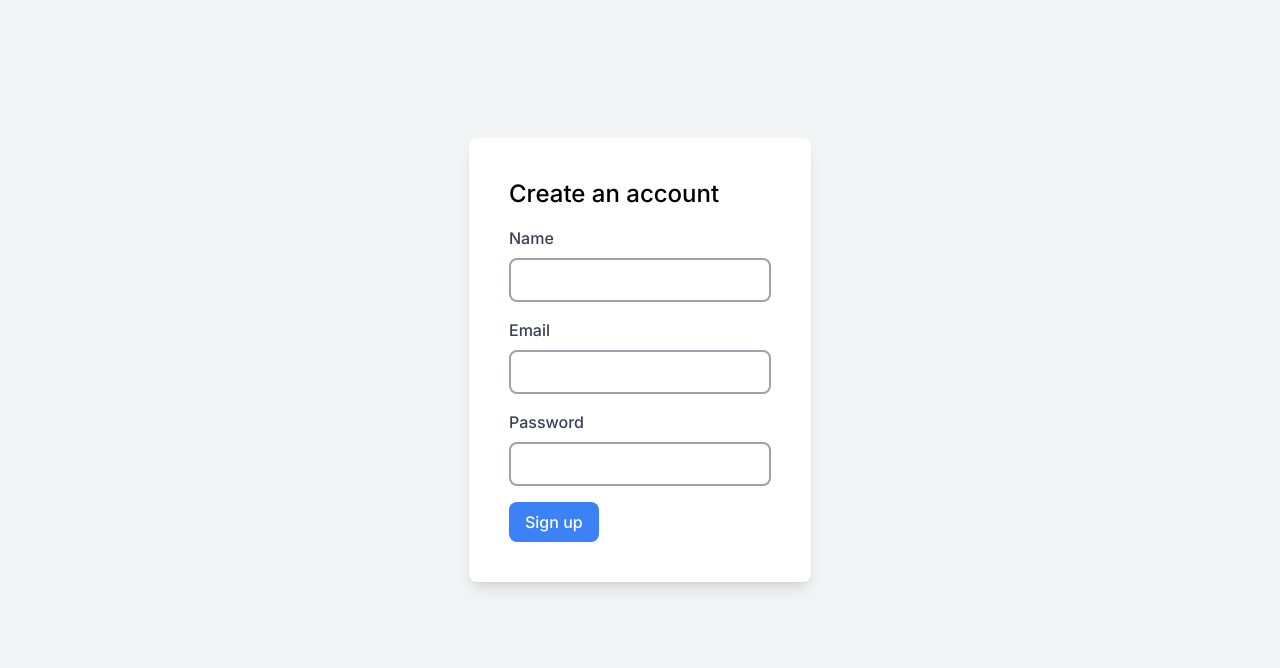
Repository: marcusdashe/anthophila
Page: /signup
An editor plug-in stored every save of this project. The page is shown before and after the next save, followed by the edit.
The browser window is 1280 px wide. The pictures show the whole page.
The project was rebuilt for these pictures with package versions that can differ from the ones it lists, and the page was loaded fresh each time. The framework's server and built-in components were replaced by stand-ins that run in the browser. Also part of the build but not shown: next.config.js.

Above is the page before, as saved 2023-03-01 22:20:26.

After the next save:
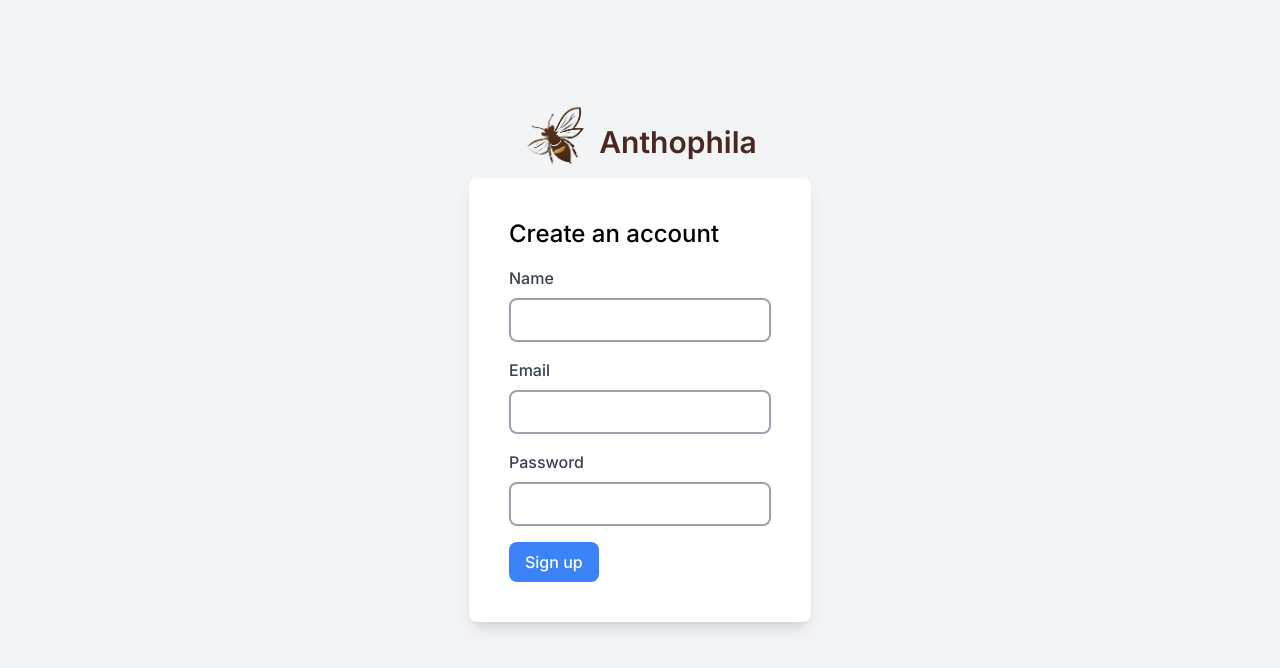
Saved 2 min 38 s later.
--- a/pages/signup.js
+++ b/pages/signup.js
@@ -3,6 +3,12 @@ import React from 'react'
 const Signup = () => {
   return (
     <div className="flex flex-col items-center justify-center h-screen bg-gray-100">
+      <div className='font-bold text-2xl cursor-pointer flex items-center text-gray-80 hover:scale-110 duration-500'>
+            <img src="/assets/logo.png" alt="logo" className="object-scale-down h-50 w-20" />
+                <span className='text-3xl text-[#492823] mr-1 pt-2 '>
+                    Anthophila
+                </span>
+            </div>
     <div className="bg-white p-10 rounded-lg shadow-lg">
       <h1 className="text-2xl font-medium mb-4">Create an account</h1>
       <form>
